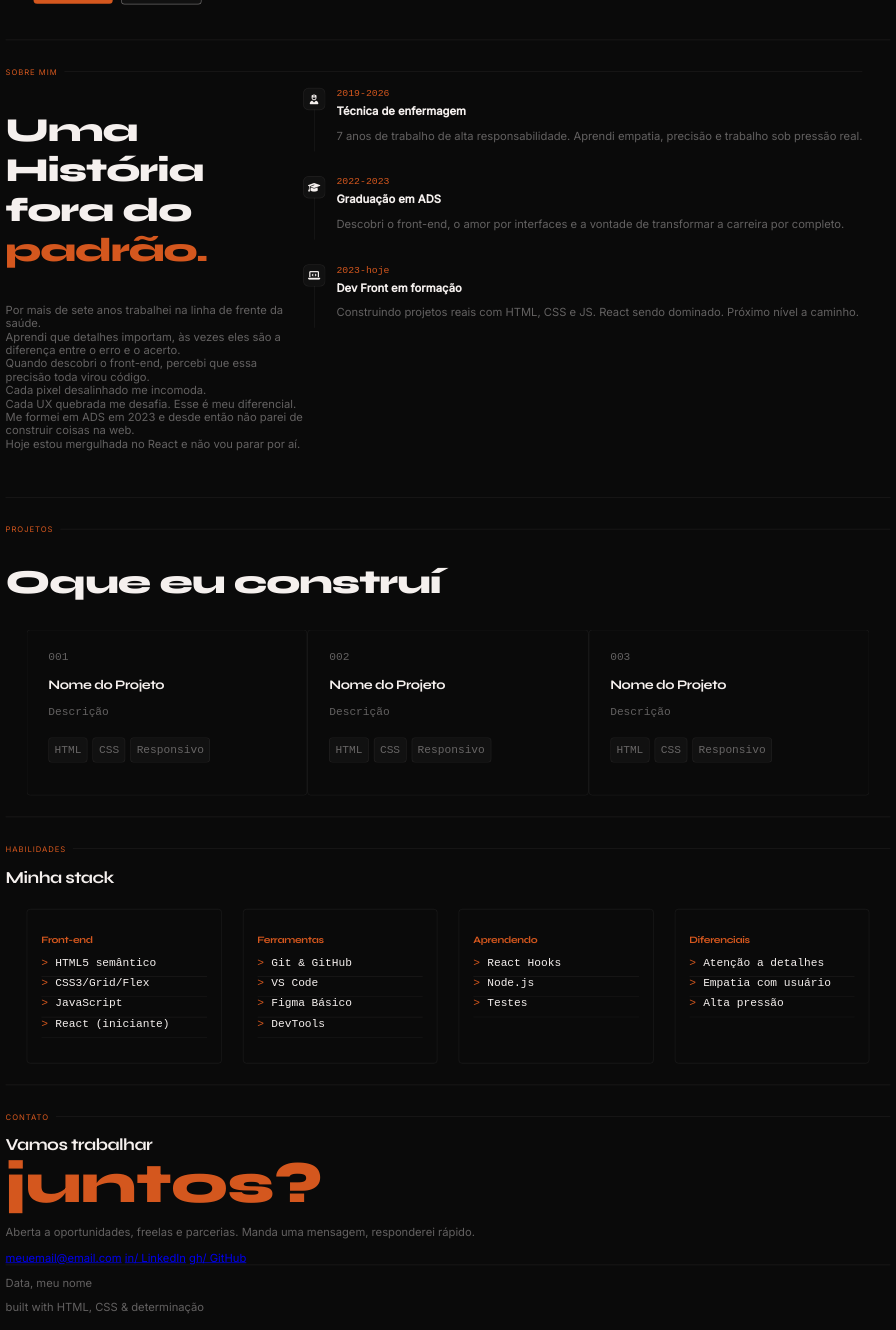
Repository: Bitroia/Portifolio
Page: index.html
The author's editor kept a copy of each file at every save. The page is drawn from the files as they stood at one save, then again after a run of saves.
The browser window is 1280 px wide. The pictures show the part of the page from y = 758 to 2678 px (the page is 2658 px tall before and 2678 px after), at 70% of full size.
Some web fonts or font styles are not loaded; a fallback is used.

Above is the page before, as saved 2026-04-30 19:24:11.

### index.html
<!doctype html>
<html lang="pt-br">
  <head>
    <meta charset="UTF-8" />
    <meta name="viewport" content="width=device-width, initial-scale=1.0" />
    <link rel="stylesheet" href="styles/style.css" />
    <script src="scripts/script.js" defer></script>
    <link
      href="https://fonts.googleapis.com/css2?family=Syne:wght@400;700;800&family=Inter:wght@300;400;500&display=swap"
      rel="stylesheet"
    />
    <link
      href="https://fonts.googleapis.com/css2?family=Syne:wght@400;700;800&family=Syne+Mono&family=Inter:wght@300;400;500&display=swap"
      rel="stylesheet"
    />
    <link
      rel="stylesheet"
      href="https://cdnjs.cloudflare.com/ajax/libs/font-awesome/6.5.0/css/all.min.css"
    />
    <title>Meu portifólio</title>
  </head>
  <body>
    <header>
      <nav id="nav-container">
        <h2>vitoria.cardozo</h2>
        <ul id="ul-container">
          <li><a href="#">SOBRE</a></li>
          <li><a href="#">PROJETOS</a></li>
          <li><a href="#">SKILLS</a></li>
          <li><a href="#">CONTATO</a></li>
        </ul>
      </nav>
    </header>
    <main>
      <section id="hero-section">
        <section id="sections-container">
          <section id="introduction-section">
            <div id="available-container">
              <span class="dot-2"></span>
              <p class="available-p">Disponível para oportunidades</p>
            </div>
            <span class="line-1">Front-end</span>
            <span class="line-2">que veio da</span>
            <span class="accent">linha de frente</span>
            <p class="p-introduction">
              Da enfermagem para o código. Construo interfaces <br />
              com a mesma precisão que aprendi cuidando de <br />
              pessoas. ADS 2023. HTML, CSS, JS. React no forno.
            </p>
            <button id="projects-btn">Ver Projetos</button>
            <button id="talk-to-me-btn">Fale comigo</button>
          </section>
          <section id="secondary-section">
            <div id="info-container">
              <div class="terminal-bar">
                <span class="dot red"></span>
                <span class="dot yellow"></span>
                <span class="dot green"></span>
                <span class="terminal-title">perfil.json</span>
              </div>
              <div id="code-info-container">
                <pre><code><span class="t-comment">// desenvolvendo front-end</span>
          {
        <span class="t-key">"nome"</span>: <span class="t-str">"Vitoria Cardozo"</span>,
        <span class="t-key">"stack"</span>: [<span class="t-str">"HTML"</span>, <span class="t-str">"CSS"</span>, <span class="t-str">"JS"</span>, <span class="t-str">"React"</span>],
        <span class="t-key">"formação"</span>: <span class="t-str">"ADS 2023"</span>,
        <span class="t-key">"background"</span>: <span class="t-str">"Enfermagem"</span>,
        <span class="t-key">"status"</span>: <span class="t-const">open_to_work</span>
         }
                </code></pre>
              </div>
            </div>
            <ul class="mini-cards-container">
              <li class="mini-card">
                <span class="num">5+</span>
                <span class="label">Anos desenvolvendo atenção a detalhes</span>
              </li>
              <li class="mini-card">
                <span class="num">ADS</span>
                <span class="label"
                  >Graduação em Análise e desenvolvimento de Sistemas</span
                >
              </li>
              <li class="mini-card">
                <span class="num">3+</span>
                <span class="label">Projetos front-end no portfólio</span>
              </li>
              <li class="mini-card">
                <span class="num">&#8734;</span>
                <span class="label">Vontade de aprender e crescer</span>
              </li>
            </ul>
          </section>
        </section>
      </section>
      <section id="about-me-section">
        <span class="title">Sobre mim</span>
        <section id="history-section">
          <h1 class="font-history">
            <span class="font-history-1">Uma História</span><br />fora do
            <span class="font-history-2">padrão.</span>
          </h1>
          <p>
            Por mais de sete anos trabalhei na linha de frente da saúde. <br />
            Aprendi que detalhes importam, às vezes eles são a diferença entre o
            erro e o acerto. <br />
            Quando descobri o front-end, percebi que essa precisão toda virou
            código. <br />
            Cada pixel desalinhado me incomoda. <br />
            Cada UX quebrada me desafia. Esse é meu diferencial. <br />
            Me formei em ADS em 2023 e desde então não parei de construir coisas
            na web. <br />
            Hoje estou mergulhada no React e não vou parar por aí.
          </p>
        </section>
        <section id="experiences-section">
          <dl class="experiences-list">
            <div class="exp-row">
              <div class="exp-item">
                <div class="box-icon">
                  <i class="fa-solid fa-user-nurse icon"></i>
                </div>
              </div>
              <div class="exp-content">
                <dt class="date-exp">2019-2026</dt>
                <dd class="desc-exp">
                  <strong>Técnica de enfermagem</strong>
                  <p>
                    7 anos de trabalho de alta responsabilidade. Aprendi
                    empatia, precisão e trabalho sob pressão real.
                  </p>
                </dd>
              </div>
            </div>
            <div class="exp-row">
              <div class="exp-item">
                <div class="box-icon">
                  <i class="fa-solid fa-graduation-cap icon"></i>
                </div>
              </div>
              <div class="exp-content">
                <dt class="date-exp">2022-2023</dt>
                <dd class="desc-exp">
                  <strong>Graduação em ADS</strong>
                  <p>
                    Descobri o front-end, o amor por interfaces e a vontade de
                    transformar a carreira por completo.
                  </p>
                </dd>
              </div>
            </div>
            <div class="exp-row">
              <div class="exp-item">
                <div class="box-icon">
                  <i class="fa-solid fa-laptop-code icon"></i>
                </div>
              </div>
              <div class="exp-content">
                <dt class="date-exp">2023-hoje</dt>
                <dd class="desc-exp">
                  <strong>Dev Front em formação</strong>
                  <p>
                    Construindo projetos reais com HTML, CSS e JS. React sendo
                    dominado. Próximo nível a caminho.
                  </p>
                </dd>
              </div>
            </div>
          </dl>
        </section>
      </section>
      <section id="projects-section">
        <span class="title">Projetos</span>
        <h2 class="font-build">Oque eu construí</h2>
        <div id="article-container">
          <article class="project-card">
            <a href="#" class="link-overlay" target="_blank"></a>
            <span class="num-article">001</span>
            <h3>Nome do Projeto</h3>
            <p>Descrição</p>
            <ul class="tech-tags">
              <li>HTML</li>
              <li>CSS</li>
              <li>Responsivo</li>
            </ul>
          </article>
          <article class="project-card">
            <a href="#" class="link-overlay" target="_blank"></a>
            <span class="num-article">002</span>
            <h3>Nome do Projeto</h3>
            <p>Descrição</p>
            <ul class="tech-tags">
              <li>HTML</li>
              <li>CSS</li>
              <li>Responsivo</li>
            </ul>
          </article>
          <article class="project-card">
            <a href="#" class="link-overlay" target="_blank"></a>
            <span class="num-article">003</span>
            <h3>Nome do Projeto</h3>
            <p>Descrição</p>

            <ul class="tech-tags">
              <li>HTML</li>
              <li>CSS</li>
              <li>Responsivo</li>
            </ul>
          </article>
        </div>
      </section>
      <section id="skills-section">
        <span class="title">Habilidades</span>
        <h1>Minha stack</h1>
        <div id="stacks-container">
          <article class="stack-card">
            <h3>Front-end</h3>
            <ul class="stack-ul">
              <li>HTML5 semântico</li>
              <li>CSS3/Grid/Flex</li>
              <li>JavaScript</li>
              <li>React (iniciante)</li>
            </ul>
          </article>
          <article class="stack-card">
            <h3>Ferramentas</h3>
            <ul class="stack-ul">
              <li>Git & GitHub</li>
              <li>VS Code</li>
              <li>Figma Básico</li>
              <li>DevTools</li>
            </ul>
          </article>
          <article class="stack-card">
            <h3>Aprendendo</h3>
            <ul class="stack-ul">
              <li>React Hooks</li>
              <li>Node.js</li>
              <li>Testes</li>
            </ul>
          </article>
          <article class="stack-card">
            <h3>Diferenciais</h3>
            <ul class="stack-ul">
              <li>Atenção a detalhes</li>
              <li>Empatia com usuário</li>
              <li>Alta pressão</li>
            </ul>
          </article>
        </div>
      </section>
      <section id="go-to-work-section">
        <span class="title">Contato</span>
        <h1>
          Vamos trabalhar
          <span class="accent">juntos?</span>
        </h1>
        <p>
          Aberta a oportunidades, freelas e parcerias. Manda uma mensagem,
          responderei rápido.
        </p>
        <a href="#" class="contact-link">meuemail@email.com</a>
        <a href="#" class="contact-link">in/ LinkedIn</a>
        <a href="#" class="contact-link">gh/ GitHub</a>
      </section>
    </main>
    <footer>
      <p>Data, meu nome</p>
      <p>built with HTML, CSS & determinação</p>
    </footer>
  </body>
</html>

### styles/style.css
:root {
  --fundo-geral: #0A0A0A;
  --fundo-cards: #111111;
  --hovers: #d8b5b5;
  --text: #f5f0ee;
  --second-text: #f5f0ee61;
  --dark-text: #050202;
  --accent: #d4571e;
  --accent-hover: #ff6a2a;
  --border: #f5f0ee12;
  --t-str: #7dd3fc;
  --t-comment: #5a6a1f;
  --font-title: "Syne", sans-serif;
  --font-body: "Inter", sans-serif;
  --font-mono: 'Syne Mono', monospace;
}
@keyframes pulse {
  0%,
  100% {
    opacity: 1;
    transform: scale(1);
  }
  50% {
    opacity: 0.4;
    transform: scale(1.5);
  }
}
* {
  padding: 0;
}

h1,
h2,
h3 {
  font-weight: 600;
  letter-spacing: -0.03em;
  color: var(--text);
  font-family: var(--font-title);
}

.line-1,
.accent {
  font-family: var(--font-title);
  font-weight: 800;
}

.font-history {
  font-size: 3rem;
  font-weight: 800;
}

.font-history-2 {
  color: var(--accent);
}

p {
  color: var(--second-text);
  line-height: 1.2;
}

.title {
  display: flex;
  align-items: center;
  gap: 10px;
  width: 100%;
}
.title::after {
  content: "";
  flex: 1;
  height: 1px;
  background-color: var(--border);
}

body {
  background-color: var(--fundo-geral);
  color: var(--text);
  font-family: var(--font-body);
  font-weight: 400;
}

/* Header */

header {
  border-bottom: 1px solid var(--border);
}

#nav-container {
  display: flex;
  justify-content: space-between;
  padding: 0.5px;
}

#ul-container {
  display: flex;
  list-style: none;
  gap: 1rem;
}

#ul-container a {
  text-decoration: none;
  color: var(--second-text);
  font-size: 13px;
  transition: 0.5s;
}

#ul-container a:hover {
  color: var(--hovers);
}

/* Apresentação */

#available-container {
  display: flex;
  flex-direction: row;
  align-items: center;
  gap: 8px;
}

.line-1 {
  color: var(--text);
  display: block;
  font-size: 5rem;
  width: 100%;
  line-height: 1;
}

.line-2 {
  color: var(--second-text);
  display: block;
  font-size: 4rem;
  width: 100%;
  display: inline-block;
  line-height: 1;
}

.accent {
  color: var(--accent);
  font-size: 5rem;
  display: block;
  line-height: 1;
}

.available-p {
  color: var(--accent);
}

/* Cards */

#info-container {
  display: flex;
  flex-direction: column;
  width: 700px;
  border-radius: 5px;
}

.terminal-bar {
  display: flex;
  gap: 8px;
  align-items: center;
  padding: 10px 14px;
  background-color: #181818;
  border-bottom: 2px solid var(--fundo-cards);
  border-radius: 5px;
  margin-bottom: 0;
}
.dot-2 {
  background-color: #ccff00;
  animation: pulse 2s ease-in-out infinite;
  width: 5px;
  height: 5px;
  border-radius: 50%;
  display: inline-block;
}

.dot {
  width: 8px;
  height: 8px;
  border-radius: 50%;
  display: inline-block;
}

.dot.red {
  background-color: #ff5f57;
}
.dot.yellow {
  background: #ffbd2e;
}
.dot.green {
  background: #28c840;
}

.terminal-title {
  font-family: var(--font-mono);
  font-size: 11px;
  color: var(--second-text);
  margin: 0 auto;
}

#code-info-container {
  color: var(--second-text);
  background-color: var(--fundo-cards);
  border-radius: 3px;
  font-size: 12px;
  line-height: 2;
  height: 210px;
}

#code-info-container pre {
  margin: 0;
  padding: 1rem;
  white-space: pre; /* mantém a formatação do código */
  max-width: 100%; /* não vaza do pai */
}

.t-comment {
  color: var(--t-comment);
}

.t-key {
  color: var(--accent);
}

.t-str {
  color: var(--t-str);
}
/* Sessões */

#hero-section {
  padding: 0 40px 50px 0;
  margin-top: 3%;
  border-bottom: 1px solid var(--border);
}

#introduction-section {
  flex: 1;
}

#introduction-section .p-introduction {
  border-left: var(--accent) 2px solid;
  padding-left: 12px;
}

#secondary-section {
  width: 700px;
  height: 550px;
}

.mini-cards-container {
  display: grid;
  grid-template-columns: repeat(2, 1fr);
  gap: 16px;
  width: 700px;
}

.mini-card {
  display: flex;
  border: 1px solid var(--border);
  padding: 30px;
  list-style: none;
  text-align: center;
  flex-direction: column;
  border-radius: 5px;
  flex: 0 0 calc(50% - 8px);
  background-color: var(--fundo-cards);
}

.num {
  color: var(--accent);
  font-family: var(--font-title);
  font-size: 23px;
  font-weight: 800;
  letter-spacing: -0.03em;
  margin-bottom: 6px;
  text-align: left;
}

.mini-card .label {
  color: var(--second-text);
  text-align: left;
  margin-top: 5px;
  font-size: 16px;
  font-family: var(--font-mono);
}

#sections-container {
  display: flex;
  gap: 40px;
  margin-top: 3%;
  padding: 0 40px;
}

#introduction-section p {
  justify-self: left;
  display: block;
}

#about-me-section {
  padding: 0 40px 50px 0;
  margin-top: 3%;
  border-bottom: 1px solid var(--border);
  display: flex;
  flex-wrap: wrap;

}

.title,
.available-p {
  font-family: var(--mono);
  font-size: 11px;
  letter-spacing: 0.12em;
  text-transform: uppercase;
  color: var(--accent);
  display: flex;
  align-items: center;
  gap: 10px;
}

#history-section {
  flex: 1;
}

.date-exp {
  color: var(--accent);
  font-family: var(--font-mono);
  font-size: 14px;
  margin-bottom: 3px;
}

.experiences-list {
  display: flex;
  flex-direction: column;
  gap: 32px;
}

.exp-item {
  position: relative;
}

.exp-content {
  display: flex;
  flex-direction: column;
}

.desc-exp {
  margin: 4px 0 0 0;
}

.box-icon {
  position: relative;
  flex-shrink: 0; /* impede o ícone de encolher */
  display: flex;
  align-items: center;
  border: 1px solid var(--border);
  justify-content: center;
  width: 30px;
  height: 30px;
  border-radius: 8px;
  background-color: var(--fundo-cards);
}

.icon {
  font-size: 14px;
}

.exp-item:not(:last-child) .box-icon::after {
  content: "";
  position: absolute;
  top: 100%;
  left: 50%;
  transform: translateX(-50%);
  width: 1px;
  height: 60px;
  background-color: var(--border);
}

/* Linha do tempo */

.exp-row {
  display: flex;
  gap: 16px;
  align-items: flex-start;
}

#projects-section {
  margin-top: 3%;
  border-bottom: 1px solid var(--border);
}

.font-build{
  font-size: 3rem;
  font-weight: 800;
}

#article-container{
  display: flex;
  margin: 30px;
  font-family: var(--font-mono);
}

.project-card{
  border: 1px solid var(--border);
  padding: 30px;
  width: 90%;
  text-align: left;
  border-radius: 5px;
  cursor: pointer;
  position: relative;
  overflow: hidden;
}

.project-card::before{
  content: '';
  position: absolute;
  top: 0;
  left: 0;
  right: 0;
  height: 2px;
  background: var(--accent);
  transform: scaleX(0);
  transform-origin: left;
  transition: transform 0.3s ease;
}

.project-card:hover{

background-color: var(--border);
}

.project-card:hover::before {
  transform: scaleX(1);
}

.link-overlay{
  position: absolute;
  inset: 0;
}

.num-article{
  color: var(--second-text);
  font-family: var(--font-mono);
}

.tech-tags{
  list-style: none;
  display: flex;
  gap: 7px;
}

.tech-tags li{
  border: 1px solid var(--border);
  text-align: center;
  background-color: var(--fundo-cards);
  border-radius: 5px;
  padding: 8px;
  color: var(--second-text);
  margin-top: 10px;
}

#skills-section {
  margin-top: 3%;
  border-bottom: 1px solid var(--border);
}

#stacks-container{
  display: flex;
  margin: 30px;
  gap: 30px;
}

.stack-card{
  border: 1px solid var(--border);
  padding: 20px;
  width: 50%;
  border-radius: 5px;
  font-family: var(--font-mono);
}

.stack-card h3{
  color: var(--accent);
  font-size: 14px;
}
.stack-ul{
}

.stack-ul li{
  list-style: none;
  position: relative;
  padding-left: 20px;
  padding-bottom: 10px;
  border-bottom: 1px solid var(--border);

}

.stack-ul li::before{
  content: ">";
  position: absolute;
  left: 0;
  color: var(--accent);
}

#go-to-work-section {
  margin-top: 3%;
  border-bottom: 1px solid var(--border);
}
/* Botões */

#projects-btn {
  background-color: var(--accent);
  padding: 10px;
  border-radius: 5px;
  border: none;
  color: var(--dark-text);
  font-size: 1rem;
  font-weight: 600;
  text-align: center;
  transition: transform 0.2s ease;
}

#talk-to-me-btn {
  background-color: var(--fundo-cards);
  padding: 10px;
  border-radius: 5px;
  border: 1px solid var(--second-text);
  color: var(--second-text);
  margin-left: 7px;
  font-weight: 600;
  text-align: center;
  font-size: 1rem;
  transition: transform 0.2s ease;
}

#projects-btn:hover {
  background-color: var(--accent-hover);
  box-shadow:
    0 0 10px rgba(212, 87, 30, 0.6),
    0 0 20px rgba(212, 87, 30, 0.4);
  transform: translateY(-2px);
}

#talk-to-me-btn:hover {
  background-color: var(--fundo-geral);
  color: var(--accent);
  border: 1px solid var(--accent);
  transform: translateY(-3px);
}

Loaded but not shown: scripts/script.js (no stored copy; drawn as an empty file)

After the next 3 saves:
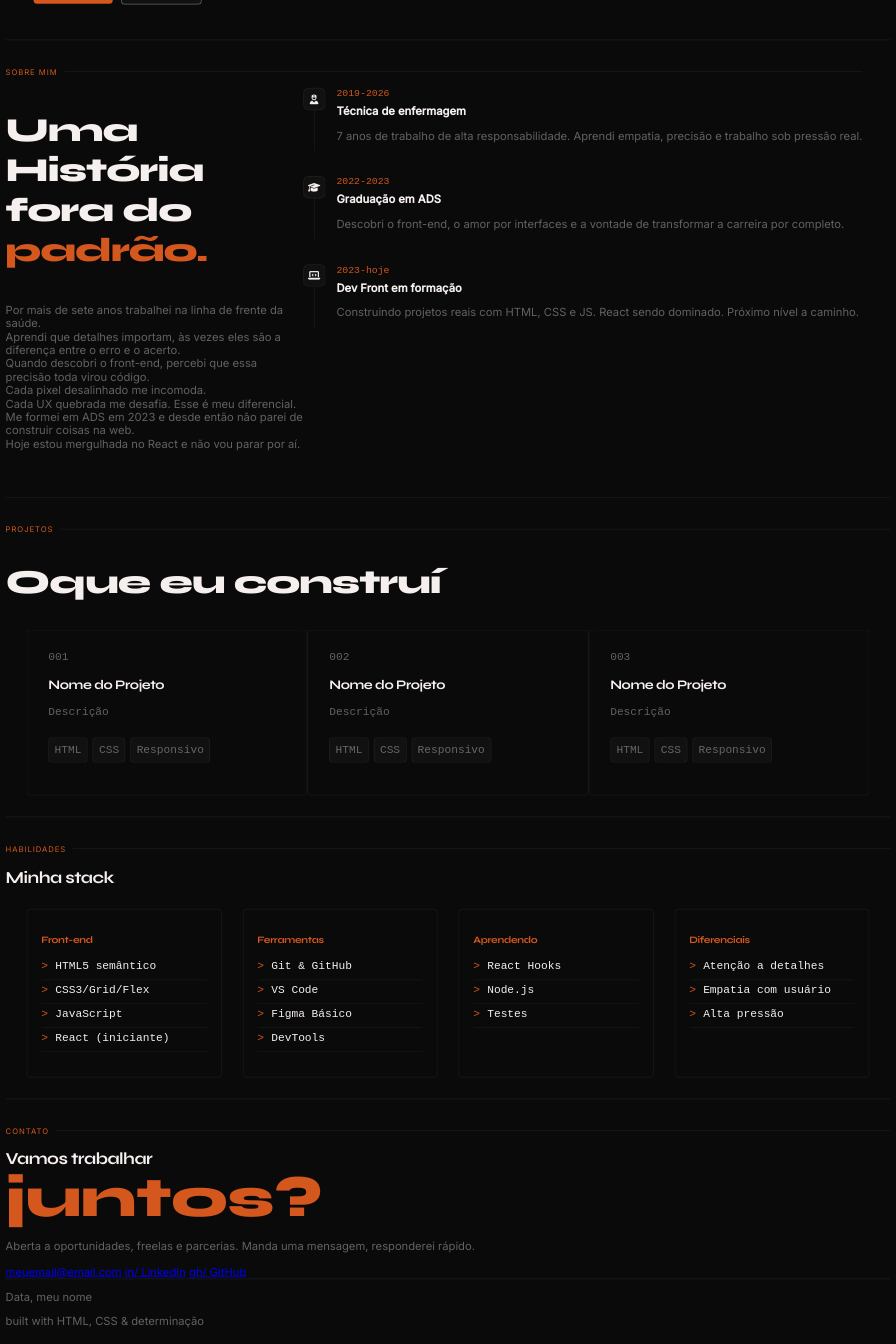
The 3 saves are shown as one change because they came seconds apart.
The last was saved 8 s later.
--- a/styles/style.css
+++ b/styles/style.css
@@ -487,6 +487,7 @@ background-color: var(--border);
   position: relative;
   padding-left: 20px;
   padding-bottom: 10px;
+  padding-top: 5px;
   border-bottom: 1px solid var(--border);
 
 }
